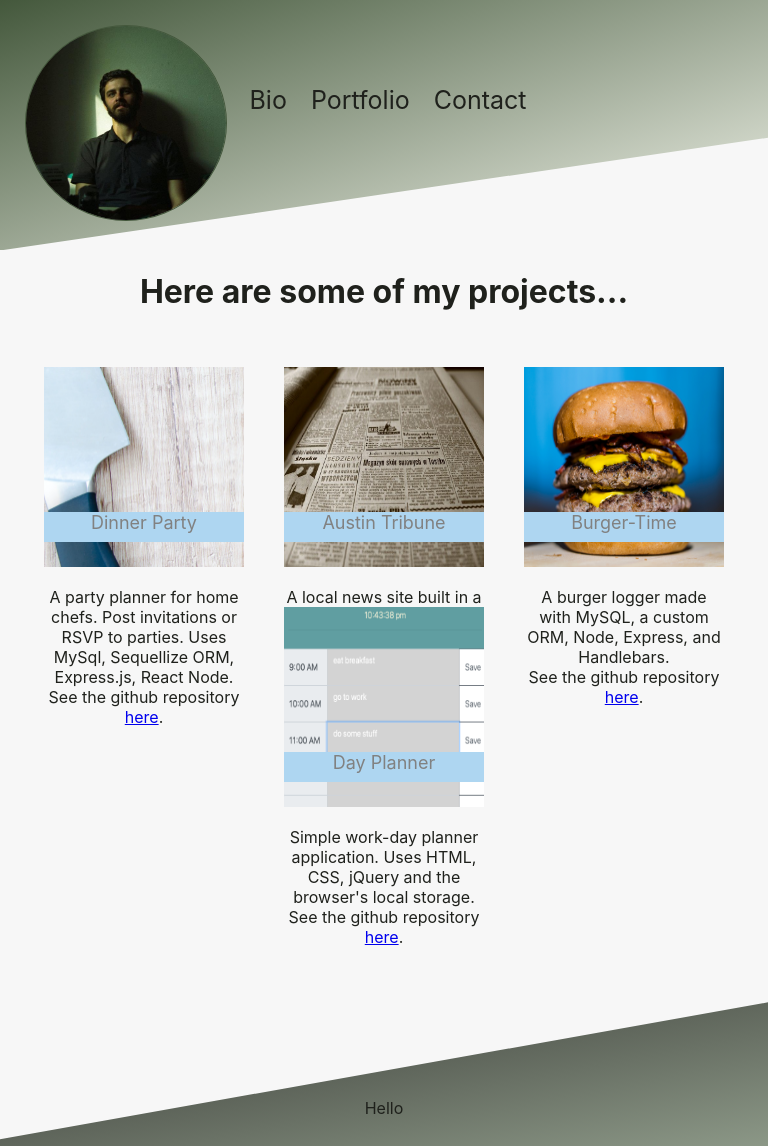
Repository: joeldelatte/react-portfolio
Page: /portfolio (app in client/)
These files come from the project's save history. The page is drawn as it stood at one moment and after the next save; the edit follows.
The browser window is 768 px wide. The pictures show the whole page.
The project was rebuilt for these pictures with package versions that can differ from the ones it lists, and the page was loaded fresh each time. Also part of the build but not shown: client/src/App.css, client/src/Components/Bio/Bio.js, client/src/Components/Contact/Contact.js.

Above is the page before, as saved 2020-07-12 14:35:24.

### client/public/index.html
<!doctype html>
<html lang="en">
  <head>
    <meta charset="utf-8">
    <meta name="viewport" content="width=device-width, initial-scale=1, shrink-to-fit=no">
    <meta name="theme-color" content="#000000">
    <!--
      manifest.json provides metadata used when your web app is added to the
      homescreen on Android. See https://developers.google.com/web/fundamentals/engage-and-retain/web-app-manifest/
    -->
    <link rel="manifest" href="%PUBLIC_URL%/manifest.json">
    <link rel="shortcut icon" href="%PUBLIC_URL%/favicon.ico">
    <!--
      Notice the use of %PUBLIC_URL% in the tags above.
      It will be replaced with the URL of the `public` folder during the build.
      Only files inside the `public` folder can be referenced from the HTML.

      Unlike "/favicon.ico" or "favicon.ico", "%PUBLIC_URL%/favicon.ico" will
      work correctly both with client-side routing and a non-root public URL.
      Learn how to configure a non-root public URL by running `npm run build`.
    -->
    <title>Joel Delatte</title>
  </head>
  <body>
    <noscript>
      You need to enable JavaScript to run this app.
    </noscript>
    <div id="root"></div>
    <!--
      This HTML file is a template.
      If you open it directly in the browser, you will see an empty page.

      You can add webfonts, meta tags, or analytics to this file.
      The build step will place the bundled scripts into the <body> tag.

      To begin the development, run `npm start` or `yarn start`.
      To create a production bundle, use `npm run build` or `yarn build`.
    -->
  </body>
</html>

### client/src/index.css
body {
  height:100%;
  min-height: 100%;
  margin: 0;
  padding: 0;
  border: 0;
  font-family: -apple-system, BlinkMacSystemFont, 'Segoe UI', 'Roboto', 'Oxygen',
    'Ubuntu', 'Cantarell', 'Fira Sans', 'Droid Sans', 'Helvetica Neue',
    sans-serif;
  -webkit-font-smoothing: antialiased;
  -moz-osx-font-smoothing: grayscale;
  background-color: rgb(247, 247, 247);
  color: rgb(31,33,28);
}

code {
  font-family: source-code-pro, Menlo, Monaco, Consolas, 'Courier New',
    monospace;
}

### client/src/App.js
import React from 'react';
import {BrowserRouter as Router, Route, Switch, Link} from "react-router-dom";
import './App.css';
import Bio from "./Components/Bio/Bio";
import Nav from "./Page/Nav";
import Contact from "./Components/Contact/Contact";
import Portfolio from "./Components/Portfolio/Portfolio";

export default function App() {
  return (
    <>
      <Router>
        <Nav />
        <Switch>
          <Route exact path="/">
            <Bio />
          </Route>
          <Route exact path="/contact">
            <Contact />
          </Route>
          <Route exact path="/portfolio">
            <Portfolio />
          </Route>
        </Switch>
      </Router>
    </>
  );
}

### client/src/Page/Nav.js
import React from "react";
import {BrowserRouter as Router, Route, Switch, Link} from "react-router-dom";
import Avatar from "./Avatar";
import "./Page.css";

function Nav () {
    return (
      <div className="header">
        <Avatar />
        <div className="nav">
          <Link to="/">Bio</Link>
          <Link to="/portfolio">Portfolio</Link>
          <Link to="/contact">Contact</Link>
        </div>
      </div>
    );
};

export default Nav;

### client/src/Components/Portfolio/Portfolio.js
import React from "react";

import Dayplanner from "../Portfolio/images/dayplanner.png";
import NewsPaper from "../Portfolio/images/austin1.jpeg";
import Burger from "../Portfolio/images/burger.jpg"
import Knife from "../Portfolio/images/knife.png"

import './portfolio.css';

export default function Portfolio() {


    return (
      <>
        <h1 className="center-text">Here are some of my projects...</h1>
        <div className="portfolio">
          <div className="projectBox">
            <a
              href="https://rocky-meadow-16617.herokuapp.com/"
              target="_blank"
              rel="noopener noreferrer"
            >
              <img className="projectPhoto" src={Knife}></img>
              <section className="projectLabel">Dinner Party</section>
            </a>
            <p>
              A party planner for home chefs. Post invitations or RSVP to
              parties. Uses MySql, Sequellize ORM, Express.js, React Node.
              <br></br>
              See the github repository{" "}
              <a href="https://github.com/joeldelatte/Poject_3_Dinner_Party">
                here
              </a>
              .
            </p>
          </div>
          <div className="projectBox">
            <a
              href="https://mmoritz8.github.io/Project-1/Joel_art/arts.html"
              target="_blank"
              rel="noopener noreferrer"
            >
              <img className="projectPhoto" src={NewsPaper}></img>
              <section className="projectLabel">Austin Tribune</section>
            </a>
            <p>
              A local news site built in a team environment using jQuery, Node,
              Express.js server and REST APIs.
              <br></br>
              See the github repository{" "}
              <a href="https://github.com/mmoritz8/Project-1">here</a>.
            </p>
          </div>
          <div className="projectBox">
            <a
              href="https://boiling-lowlands-78090.herokuapp.com/"
              target="_blank"
              rel="noopener noreferrer"
            >
              <img className="projectPhoto" src={Burger}></img>
              <section className="projectLabel">Burger-Time</section>
            </a>
            <p>
              A burger logger made with MySQL, a custom ORM, Node, Express, and
              Handlebars.
              <br></br>
              See the github repository{" "}
              <a href="https://github.com/joeldelatte/eat-da-burger">here</a>.
            </p>
          </div>
          <div className="projectBox">
            <a
              href="https://joeldelatte.github.io/day-planner/"
              target="_blank"
              rel="noopener noreferrer"
            >
              <img className="projectPhoto" src={Dayplanner}></img>
              <section className="projectLabel">Day Planner</section>
            </a>
            <p>
              Simple work-day planner application. Uses HTML, CSS, jQuery and
              the browser's local storage.
              <br></br>
              See the github repository{" "}
              <a href="https://github.com/joeldelatte/day-planner">here</a>.
            </p>
          </div>
        </div>
        <div className="space"></div>
        <footer>Hello</footer>
      </>
    );
}

### client/src/Components/Bio/bio.css
.container {
    position: relative;
}

.bio {
    min-height: 100%;
    padding: 15px;
    max-width: 50%;
    margin: 0 auto;
    text-align: center;
    padding-bottom: -5rem;
}

.bio p {
    text-align: center;
}

footer {
  height: 3rem;
  padding-top: 6rem;
  /* background-color: rgb(68,88,60); */
  background-image: linear-gradient(to right bottom, rgba(31,33,28, 1), rgba(68,88,60, 0.501));
  -webkit-clip-path: polygon(0 95%, 100% 0, 100% 100%, 0 100%);
  clip-path: polygon(0 95%, 100% 0, 100% 100%, 0 100%);
  text-align: center;
}


    @media only screen and (max-width: 768px) {
        .viewContainer {
            margin-left: 110px;
        }
    }

### client/src/Page/Avatar.js
import React from "react";
import Portrait from "./images/joel_d.png"
import "./Page.css";

function Avatar () {

    return (
      <div>
          <img src={Portrait} alt="avatar"  className="avatar" />
      </div>
    );
};

export default Avatar;

### client/src/Page/Page.css
.header {
  /* height: 38%; */
  background-image: linear-gradient(to right bottom, rgba(68,88,60, 1), rgba(241,246,226, 0.501));
  background-size: cover;
  background-position: top;
  position: relative;
  -webkit-clip-path: polygon(0 0, 100% 0, 100% 55%, 0 100%);
  clip-path: polygon(0 0, 100% 0, 100% 55%, 0 100%);
  position: relative;
}

  .avatar {
    border: 1px solid;
    border-color: rgb(68,88,60);
    display: inline;
    max-width: 200px;
    max-height: 200px;
    border-radius: 100%;
    margin: 25px;
    }

.nav {
    position: absolute;
    top: 40%;
    left: 50%;
    transform: translate(-50%, -50%);
    text-align: center;
}

.nav a {
    padding: 6px 8px 6px 16px;
    text-decoration: none;
    font-size: 25px;
    color: rgb(31,33,28);
    display: inline;
    text-align: center;
  }

.nav a:hover {
    color: #f1f1f1;
}

### client/src/Components/Contact/contact.css
.container {
  position: relative;
}
.contact {
    min-height: 100%;
    padding: 15px;
    max-width: 50%;
    margin: 0 auto;
    text-align: center;
    padding-bottom: -5rem;
}

.contact a {
  padding: 6px 8px 6px 16px;
  text-decoration: underline;
  font-size: 18px;
  color: black;
  display: block;
}

.contact a:hover {
  color: #818181;
}

.email-address {
  padding: 6px 8px 6px 16px;
  font-size: 18px;
}

input[type=text], select {
    width: 100%;
    padding: 12px 20px;
    margin: 8px 0;
    display: inline-block;
    border: 1px solid #ccc;
    border-radius: 4px;
    box-sizing: border-box;
  }

  input[type=submit] {
    width: 15%;
    background-color: #4CAF50;
    color: white;
    padding: 14px 20px;
    margin: 8px 0;
    border: none;
    border-radius: 4px;
    cursor: pointer;
  }

  input[type=submit]:hover {
    background-color: #45a049;
  }

textarea {
    width: 100%;
    height: 150px;
    margin: 8px 0;
    padding: 12px 20px;
    box-sizing: border-box;
    border: 1px solid #ccc;
    border-radius: 4px;
    resize: none;
  }

  footer {
    height: 3rem;
    padding-top: 6rem;
    /* background-color: rgb(68,88,60); */
    background-image: linear-gradient(to right bottom, rgba(31,33,28, 0.901), rgba(68,88,60, 0.601));
    -webkit-clip-path: polygon(0 95%, 100% 0, 100% 100%, 0 100%);
    clip-path: polygon(0 95%, 100% 0, 100% 100%, 0 100%);
    text-align: center;
  }

  @media only screen and (max-width: 768px) {
    .contact {
      margin-left: 110px;
    }
  }

### client/src/Components/Portfolio/portfolio.css
.portfolio {
    padding: 15px;
    display: flex;
    flex-wrap: wrap;
    justify-content: center;
    text-align: center;
}

.center-text {
    text-align: center;
}

.projectBox {
    width: 200px;
    height: 200px;
    position: relative;
    text-align: center;
    margin: 20px;
}

.projectText {
    width: 200px;
    height: 200px;
    position: relative;
    text-align: center;
    margin-top: 20px;
}

.projectLabel {
    color: #818181;
    text-align: center;
    font-size: large;
    background-color: #aed6f1;
    width: 200px;
    height: 30px;
    padding: 4;
    position: absolute;
    top: 80%;
    left: 50%;
    transform: translate(-50%, -50%);

}

.projectPhoto {
    width: 200px;
    height: 200px;
    position: relative;
    text-align: center;
}

.move {
    padding-left: 45px;
    box-sizing: content-box;
}

footer {
    margin-top: auto;
    height: 3rem;
    padding-top: 6rem;
    /* background-color: rgb(68,88,60); */
    background-image: linear-gradient(to right bottom, rgba(31,33,28, 0.901), rgba(68,88,60, 0.601));
    -webkit-clip-path: polygon(0 95%, 100% 0, 100% 100%, 0 100%);
    clip-path: polygon(0 95%, 100% 0, 100% 100%, 0 100%);
    text-align: center;
  }

.space {
    height: 10rem;
}
/* @media only screen and (max-width: 768px) {
    .move {
        padding-left: 130px;
        box-sizing: content-box;
    }
    .portfolio {
        margin-left: 110px;
    }

    .portfolio h1 {
        margin-left: 20px;
    }

    .projectBox {
        width: 200px;
        height: 200px;
        float: left;
        position: relative;
        text-align: center;
        margin: 20px 20px 150px 20px;

    }


}  */

Loaded but not shown: client/src/index.js (common file); client/src/serviceWorker.js (common file)

After the next save:
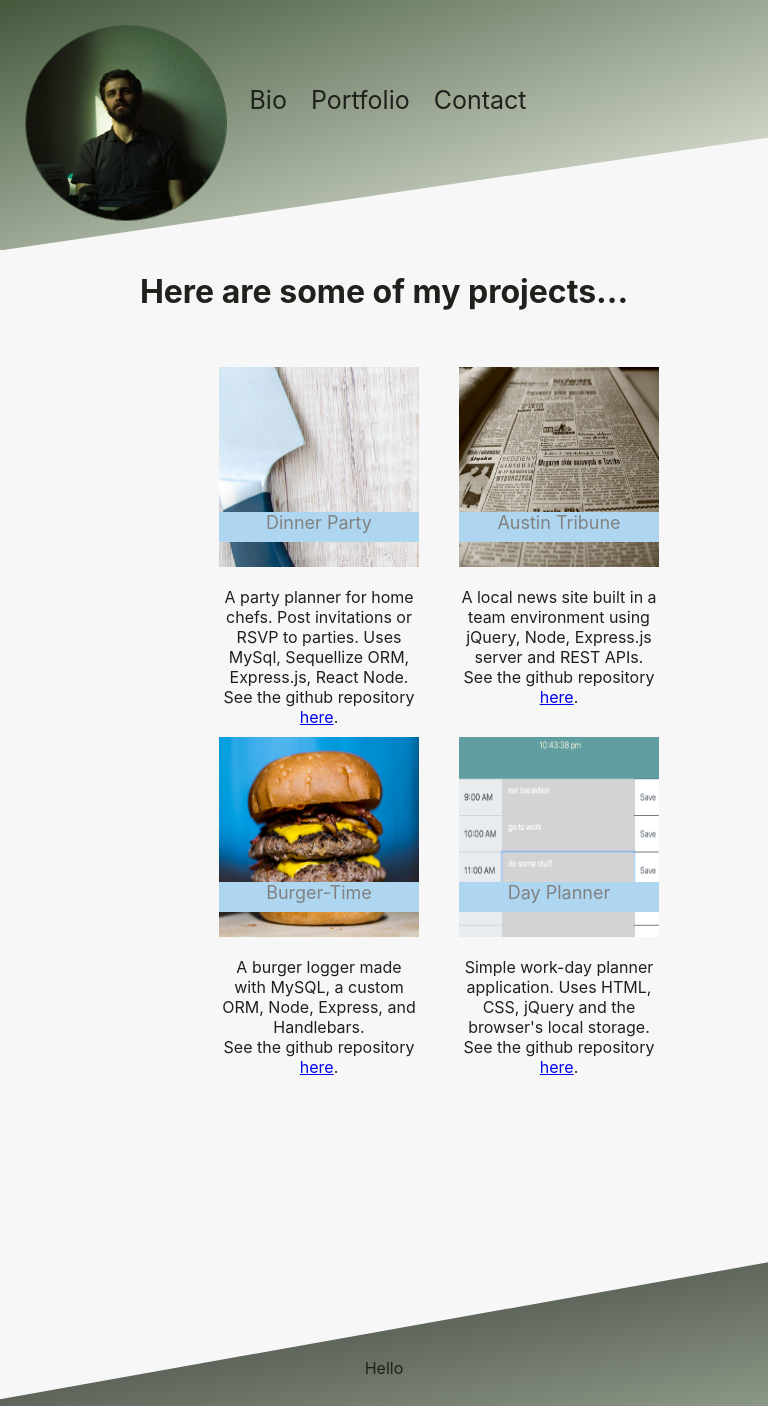
Saved 7 min 30 s later.
--- a/client/src/Components/Portfolio/portfolio.css
+++ b/client/src/Components/Portfolio/portfolio.css
@@ -67,7 +67,7 @@ footer {
 .space {
     height: 10rem;
 }
-/* @media only screen and (max-width: 768px) {
+@media only screen and (max-width: 768px) {
     .move {
         padding-left: 130px;
         box-sizing: content-box;
@@ -90,5 +90,13 @@ footer {
 
     }
 
+    .projectText {
+        width: 200px;
+        height: 200px;
+        position: relative;
+        text-align: center;
+        margin-top: 20px;
+    }
 
-}  */
+
+}
